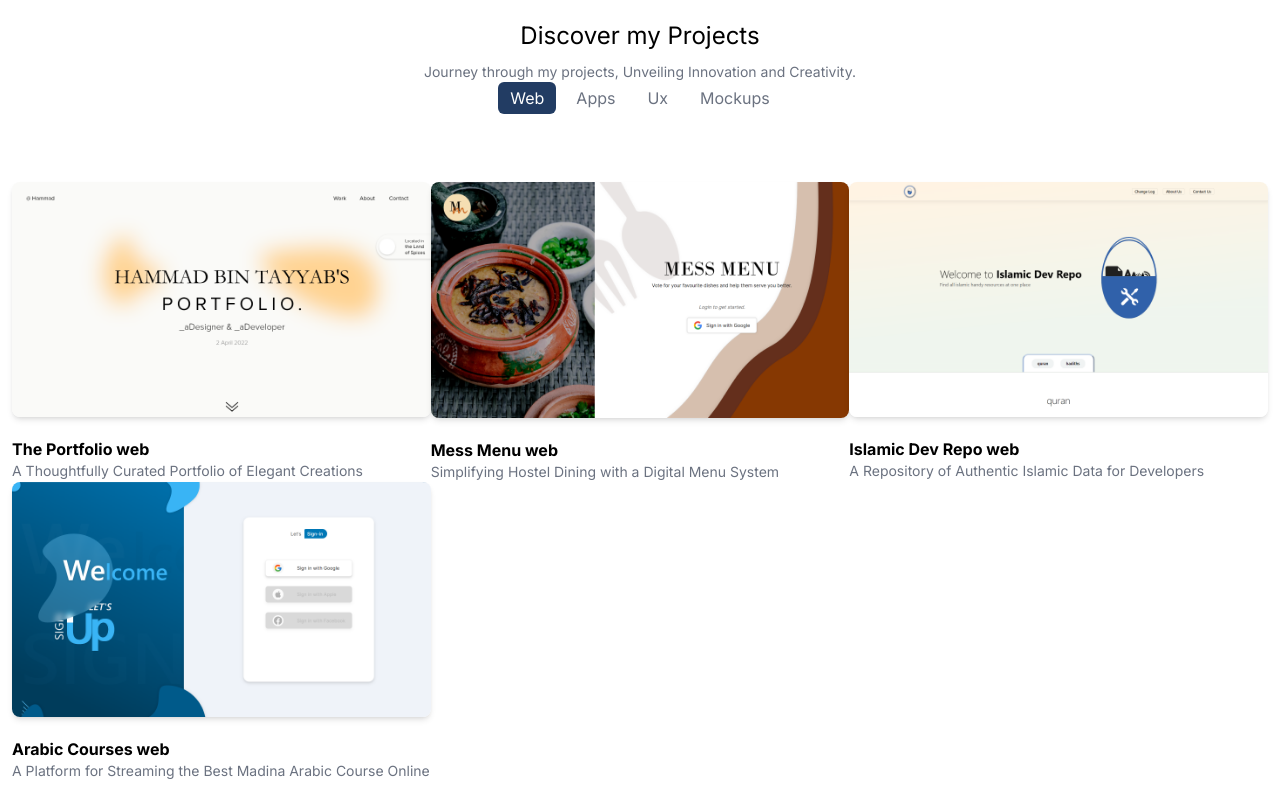
Repository: SpicierEwe/my_portfolio_v2
Page: /
An editor plug-in stored every save of this project. The page is shown before and after the next save, followed by the edit.
The browser window is 1280 px wide. The pictures show the whole page.
The project was rebuilt for these pictures with package versions that can differ from the ones it lists, and the page was loaded fresh each time. The framework's server and built-in components were replaced by stand-ins that run in the browser. Also part of the build but not shown: next.config.js, core/utils/customIcons.js, core/utils/utils.tsx, core/db/sub_db_data/ux_db.js.

Above is the page before, as saved 2024-04-22 11:11:04.

After the next save:
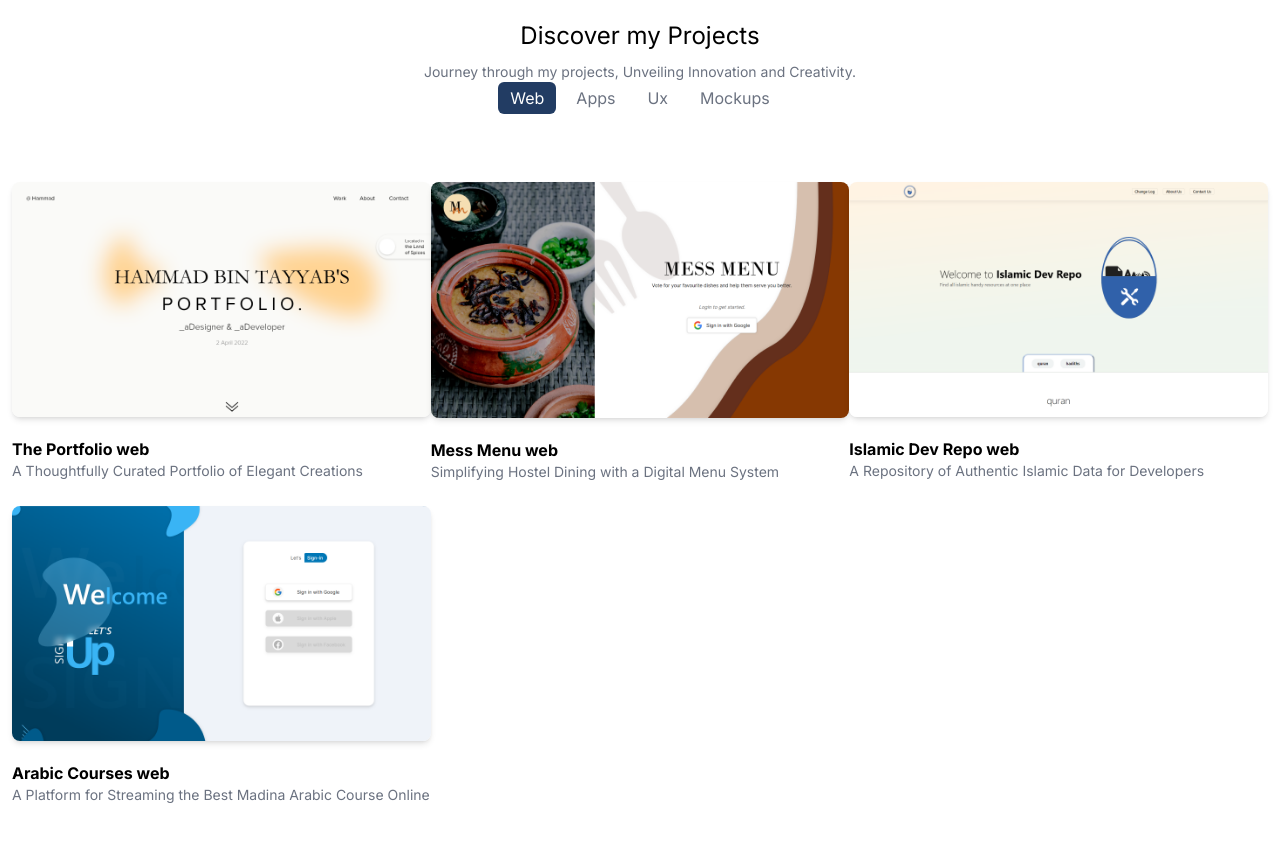
Saved 6 s later.
--- a/Components/Work_section/work_section.tsx
+++ b/Components/Work_section/work_section.tsx
@@ -66,7 +66,7 @@ export default function WorkSection() {
                       layout="responsive"
                     ></Image>
                   }
-                  <div className="ml-1 mb-7 mt-5">
+                  <div className="ml-1 mb-6 mt-5">
                     <p className=" font-bold">
                       {projectName} {selectedNavItemName}
                     </p>
